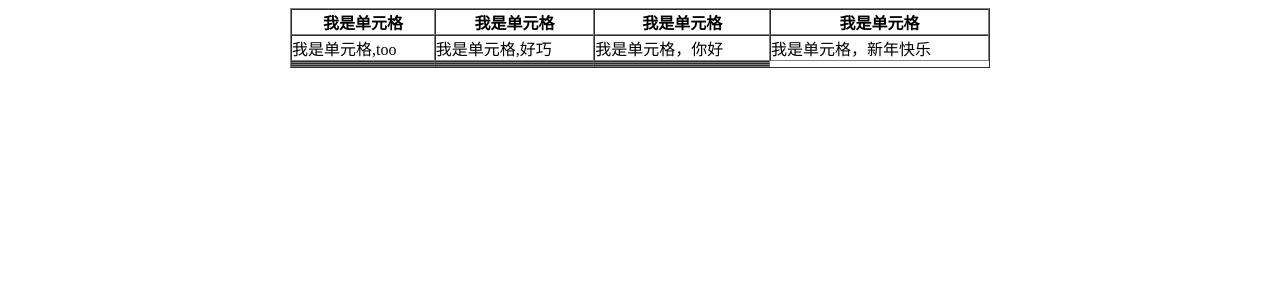
Repository: Qwenicq/My_project
Page: html/HTML_learning/2_html.html
The author's editor kept a copy of each file at every save. The page is drawn from the files as they stood at one save, then again after the next save.
The browser window is 1280 px wide. The pictures show the whole page.

Above is the page before, as saved 2023-03-28 21:14:03.

### html/HTML_learning/2_html.html
<!DOCTYPE html>
<html lang="zh-CN">
<head>
    <meta charset="UTF-8">
    <meta http-equiv="X-UA-Compatible" content="IE=edge">
    <meta name="viewport" content="width=device-width, initial-scale=1.0">
    <title>Document</title>
</head>
<body>
    <!-- 属性要写在table中 -->
    <table align="center" border="1" cellpadding="0" cellspacing="0" width="700" >
        <thead><tr>
            <th>我是单元格</th>
            <!-- 表头单元格 -->
            <th>我是单元格</th>
            <th>我是单元格</th>
            <th>我是单元格</th>
        </tr>
    </thead>
     <tbody>
        <tr>
            <!-- 普通单元格 -->
                <td>我是单元格,too</td>
                <td>我是单元格,好巧</td>
                <td>我是单元格，你好</td>
                <td>我是单元格，新年快乐</td>
            </tr>
            <tr>
                <td></td>
                <td></td>
                <td></td>
            </tr>
            <tr>
                <td></td>
                <td></td>
                <td></td>
            </tr>
            <tr>
                <td></td>
                <td></td>
                <td></td>
            </tr>
     </tbody>

    </table>
</body>
</html>

After the next save:
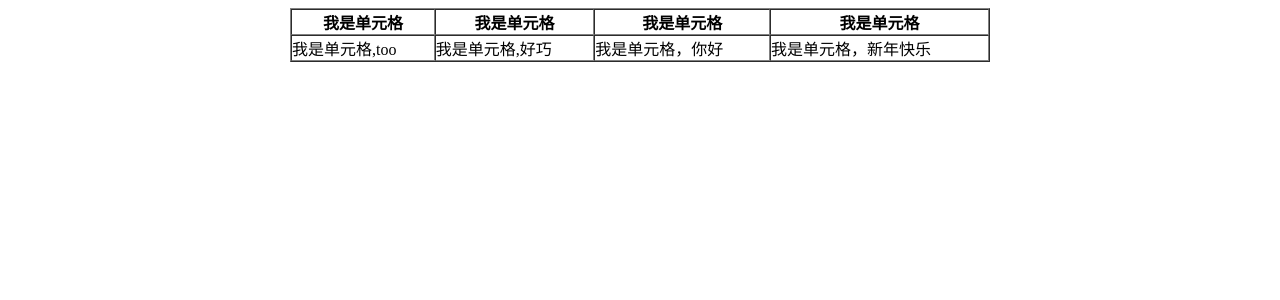
Saved 42 s later.
--- a/html/HTML_learning/2_html.html
+++ b/html/HTML_learning/2_html.html
@@ -25,23 +25,26 @@
                 <td>我是单元格，你好</td>
                 <td>我是单元格，新年快乐</td>
             </tr>
-            <tr>
-                <td></td>
-                <td></td>
-                <td></td>
-            </tr>
-            <tr>
-                <td></td>
-                <td></td>
-                <td></td>
-            </tr>
-            <tr>
-                <td></td>
-                <td></td>
-                <td></td>
-            </tr>
+
      </tbody>
 
     </table>
+    <table>
+        <tr>
+            <td></td>
+            <td></td>
+            <td></td>
+        </tr>
+        <tr>
+            <td></td>
+            <td></td>
+            <td></td>
+        </tr>
+        <tr>
+            <td></td>
+            <td></td>
+            <td></td>
+        </tr>
+    </table>
 </body>
 </html>
